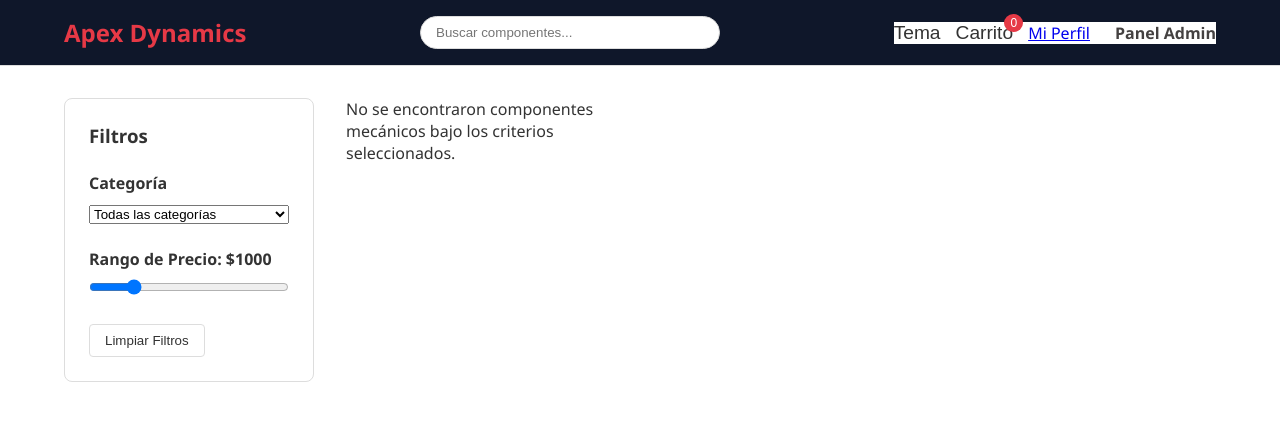
Repository: Niwrad774/Apex-Dynamics-Ecomerce
Page: html/cliente.html
The author's editor kept a copy of each file at every save. The page is drawn from the files as they stood at one save, then again after the next save.
The browser window is 1280 px wide. The pictures show the whole page.
The page's requests for data from a server got no answer.

Above is the page before, as saved 2026-06-11 10:24:34.

After the next save:
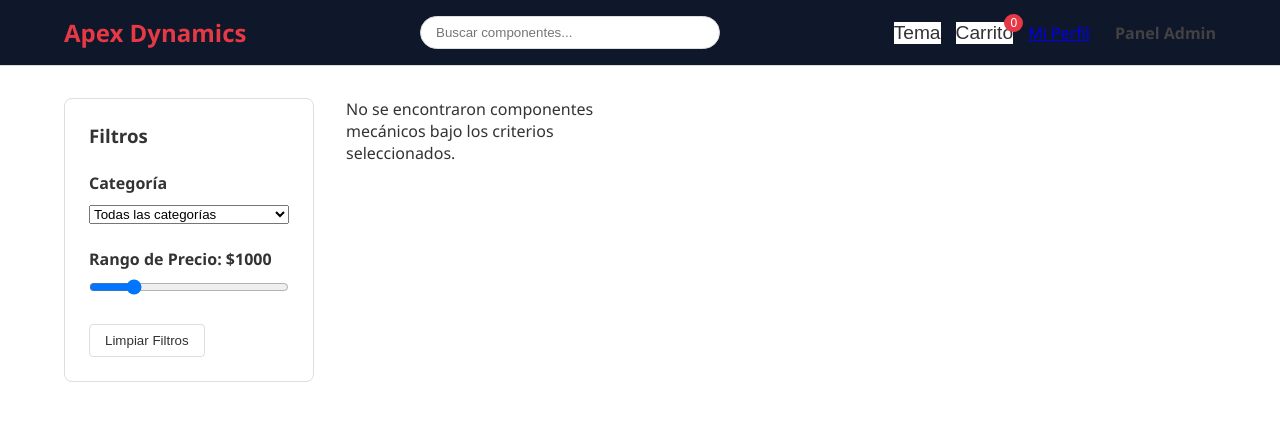
Saved 14 s later.
--- a/assets/css/cliente.css
+++ b/assets/css/cliente.css
@@ -71,7 +71,7 @@ body {
     width: 300px;
 }
 .nav-actions { display: flex; gap: 15px; align-items: center; }
-.nav-actions {background-color:white}
+.nav-actions button {background-color:white}
 #cart-count {
     position: absolute;
     top: -8px; right: -10px;
